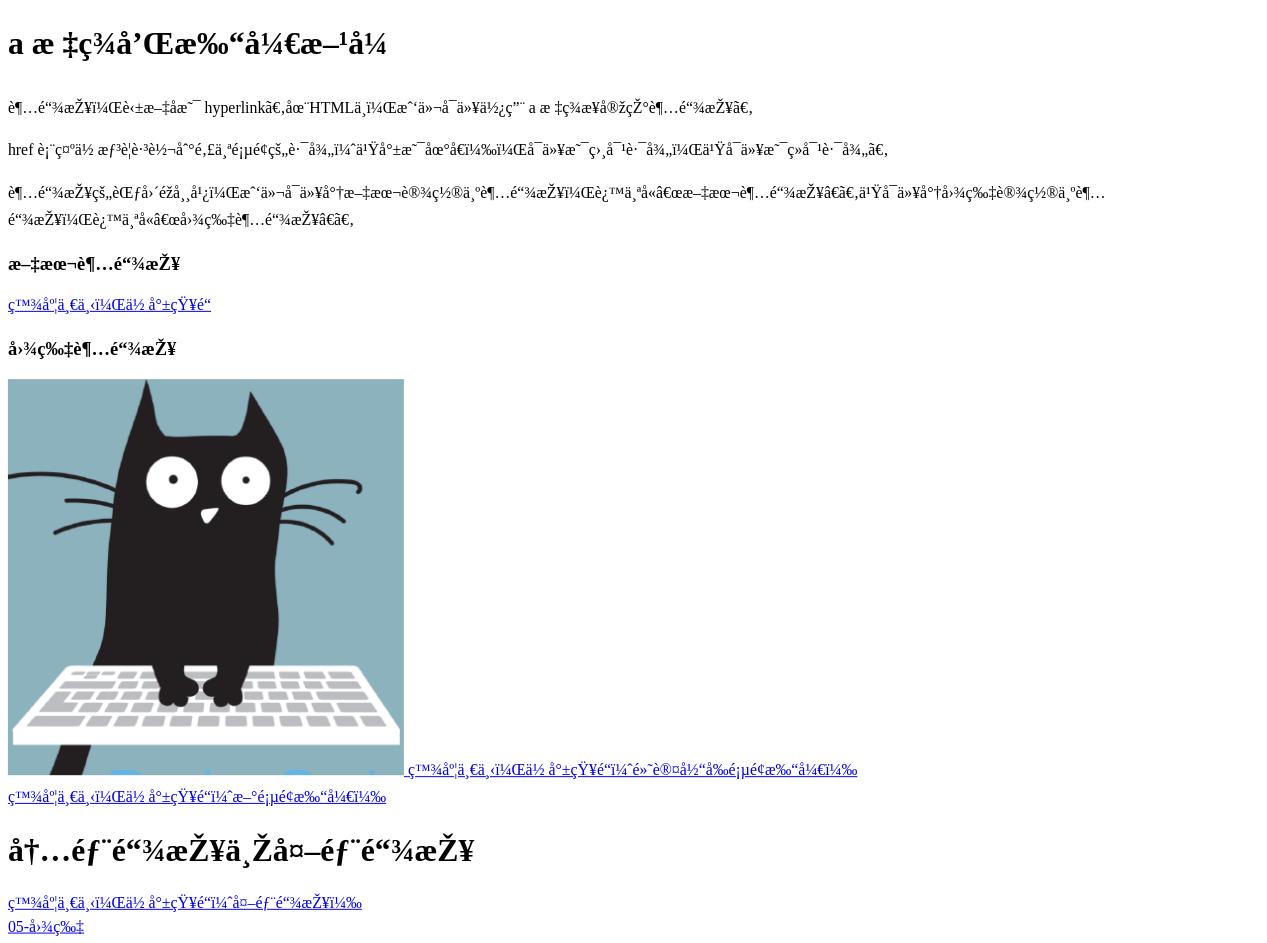
Repository: liang-n/front-end-basics
Page: 08-超链接.html
These files come from the project's save history. The page is drawn as it stood at one moment and after a run of saves; the edit follows.
The browser window is 1280 px wide. The pictures show the whole page, at 99% of full size.

Above is the page before, as saved 2022-05-15 13:26:03.

After the next 2 saves:
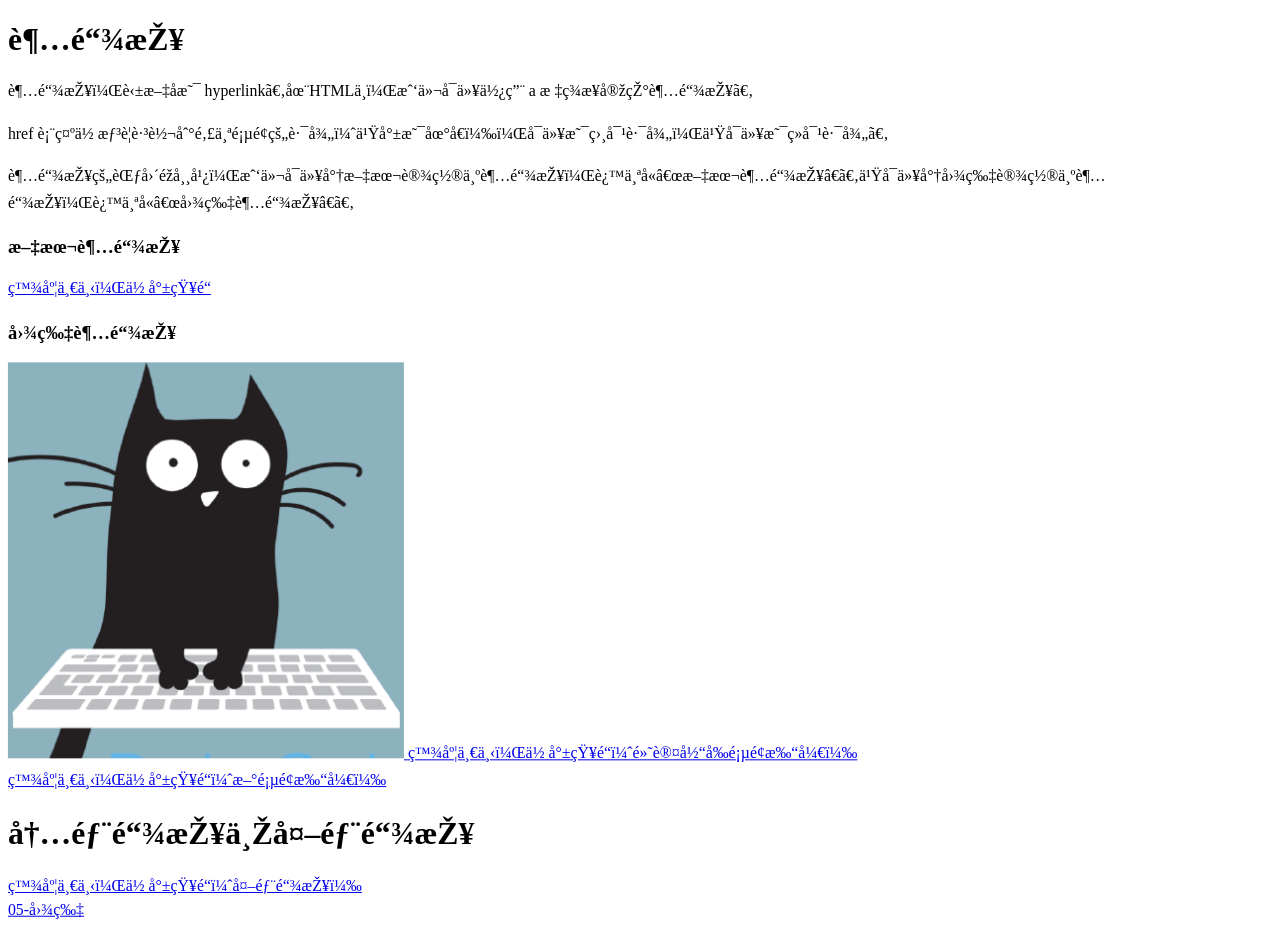
The 2 saves are shown as one change because they came seconds apart.
The last was saved 11 s later.
--- a/08-超链接.html
+++ b/08-超链接.html
@@ -8,7 +8,7 @@
 
 <body>
     <div>
-        <h1>a 标签和打开方式</h1>
+        <h1>超链接</h1>
         <p>超链接，英文名是 hyperlink。在HTML中，我们可以使用 a 标签来实现超链接。</p>
         <p>href 表示你想要跳转到那个页面的路径（也就是地址），可以是相对路径，也可以是绝对路径。</p>
         <p>超链接的范围非常广，我们可以将文本设置为超链接，这个叫“文本超链接”。也可以将图片设置为超链接，这个叫“图片超链接”。</p>
